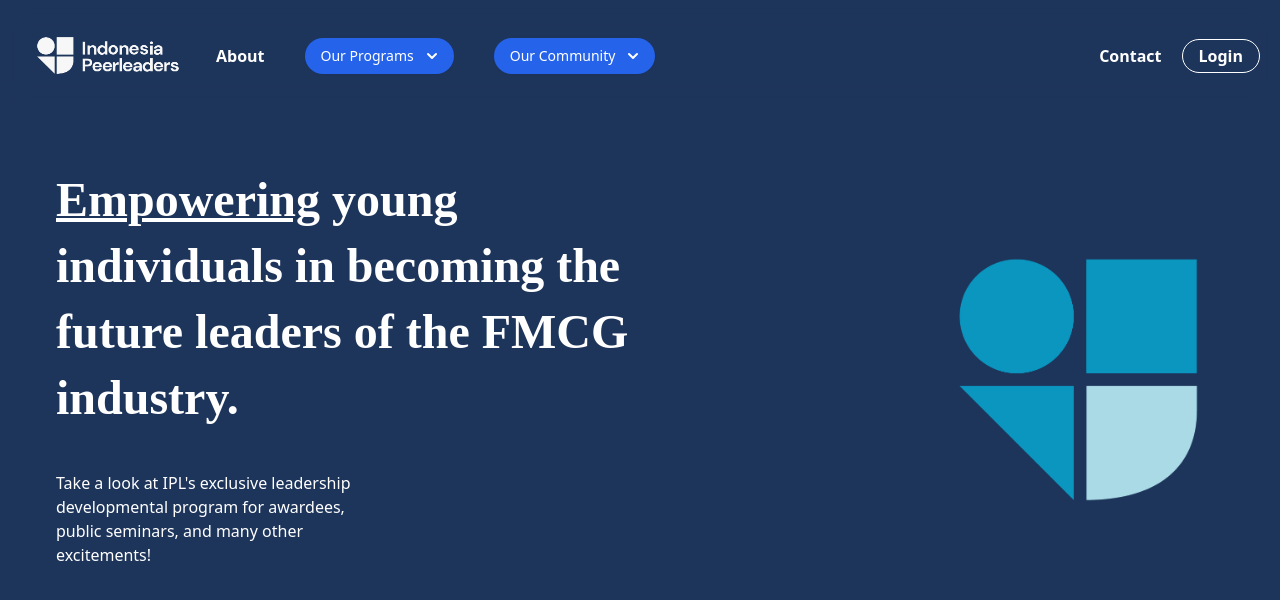
Repository: Delos-343/IPL-Website-Dev
Page: /
An editor plug-in stored every save of this project. The page is shown before and after the next save, followed by the edit.
The browser window is 1280 px wide. The pictures show the whole page.
The project was rebuilt for these pictures with package versions that can differ from the ones it lists, and the page was loaded fresh each time. The framework's server and built-in components were replaced by stand-ins that run in the browser. Also part of the build but not shown: next.config.js.

Above is the page before, as saved 2022-04-25 17:35:33.

After the next save:
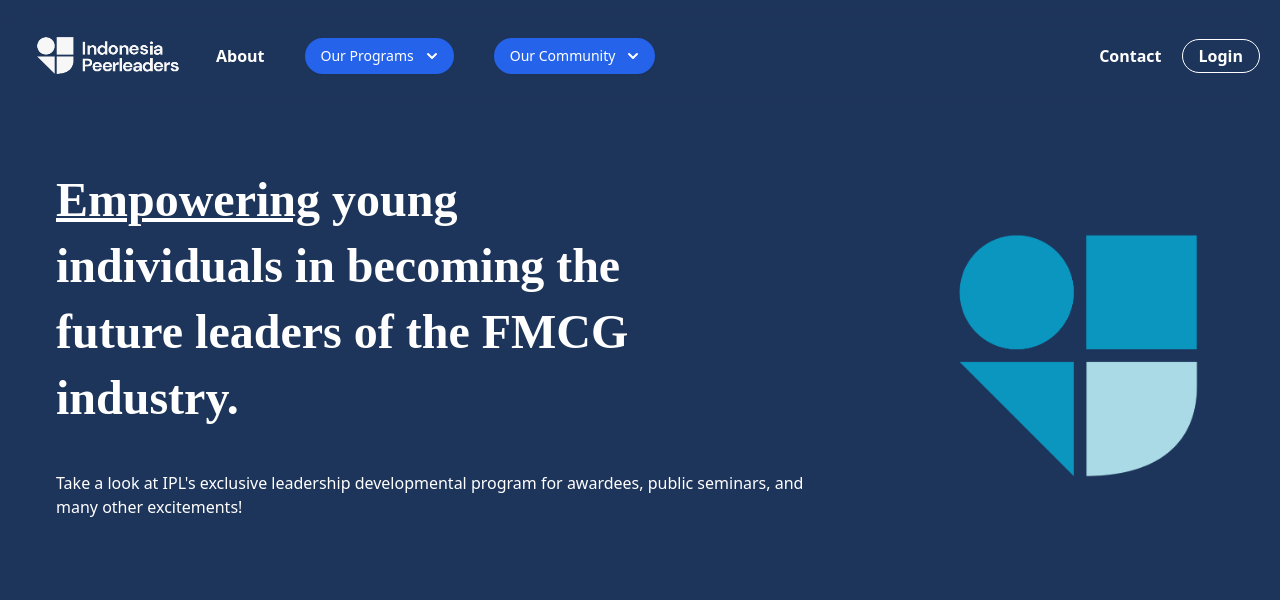
Saved 5 s later.
--- a/components/Hero.tsx
+++ b/components/Hero.tsx
@@ -10,7 +10,7 @@
             </span>{" "}
                 young individuals in becoming the future leaders of the FMCG industry.
             </h1>
-            <h2 className='w-80'>
+            <h2 className='w-full'>
                 Take a look at IPL's exclusive leadership developmental program for awardees, public seminars, and many other excitements!
             </h2>
         </div>
